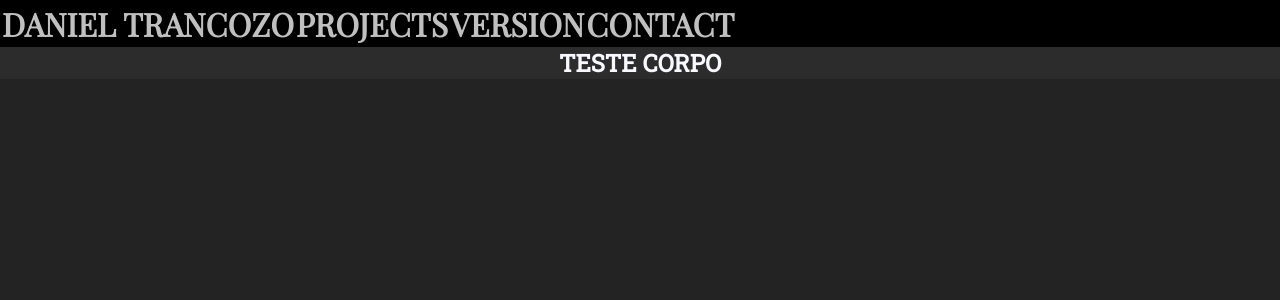
Repository: danieltrancozo/danieltrancozo.github.io
Page: index.html
The author's editor kept a copy of each file at every save. The page is drawn from the files as they stood at one save, then again after the next save.
The browser window is 1280 px wide. The pictures show the whole page.

Above is the page before, as saved 2021-05-04 22:29:26.

### index.html
<!DOCTYPE html>
<meta charset="UFT-8">
<meta name="lenguage" content="pt-br">
<meta name="autor" content="Daniel Trancozo Vianna">
<meta name="description" content="Portifolio de Desenvolvedor Web">
<meta name="keywords" content="HTML, CSS, JS, web development, portifolio">
<html>

<head>
    <title>Minha P&aacutegina</title>
    <link rel="stylesheet" type="text/css" href="css/estilo3.css">
    <link rel="preconnect" href="https://fonts.gstatic.com">
    <link href="https://fonts.googleapis.com/css2?family=Playfair+Display&family=Roboto+Slab&display=swap" rel="stylesheet">
    <script>
    </script>
</head>
<body>
    <div class="container">
        <div class="cab">
            <h1 style="text-transform: uppercase;">
                <table class="menu">
                    <tr>
                        <td>Daniel Trancozo</td>
                        <td>projects</td>
                        <td>version</td>
                        <td>contact</td>
                    </tr>
                </table>
            </h1>
        </div>
        <div class="corp">
            <h2 style="text-transform: uppercase;">teste corpo</h2>
        </div>
    </div>
    <div class="t2"></div>
</body>
</html>

### css/estilo3.css
@import url('https://fonts.googleapis.com/css2?family=Playfair+Display&family=Roboto+Slab&display=swap');
* {
    margin: 0;
    padding: 0;
}
body{
    background-color: rgba(0, 0, 0, 0.863);
    color: antiquewhite;
    text-align: center;
}
.container{
    background-color: transparent;
    display: flex;
    flex-direction: column;
}
.cab{
    background-color: black;
    color: silver;
    font-family: 'Playfair Display', serif;
    height: 10%;
}
.corp{
    background-color: rgb(44, 44, 44);
    color: ghostwhite;
    font-family: 'Roboto Slab', serif;
    height: 90%;
}
.t2{
    background-color: transparent;
    width: 100%;
    height: 100%;
    visibility: hidden;
}

After the next save:
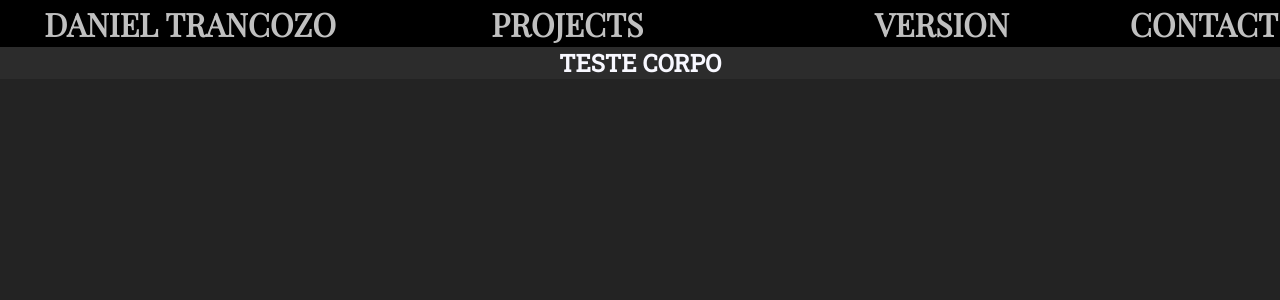
Saved 4 min 3 s later.
--- a/css/estilo3.css
+++ b/css/estilo3.css
@@ -31,3 +31,12 @@ body{
     height: 100%;
     visibility: hidden;
 }
+.manu{
+    width:100%;
+    text-align: center;
+    border-width: 1%;
+    border-color: transparent;
+}
+td{
+    width: 32%;
+}
